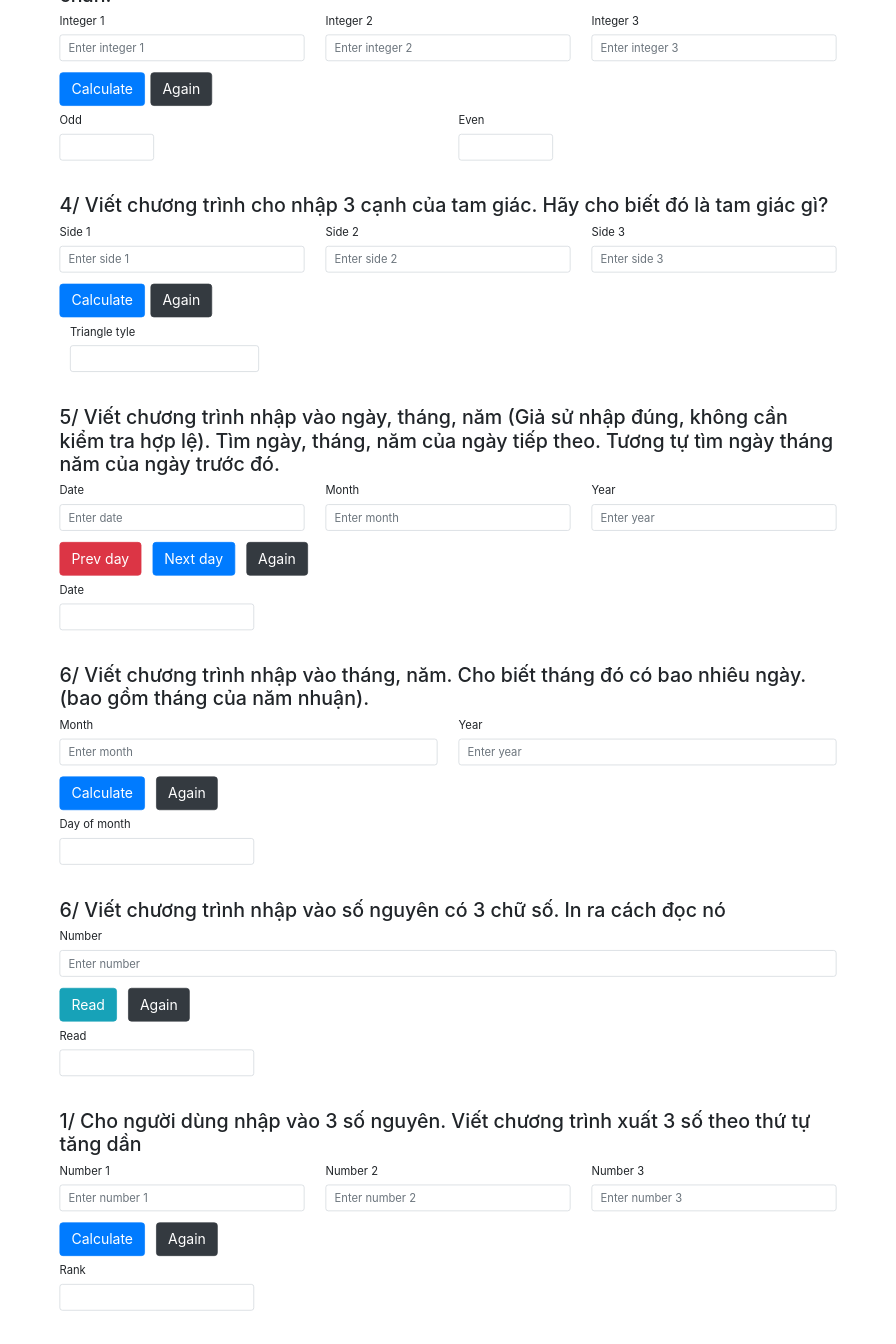
Repository: baobaodeveloper/bootscamp21__jsbasic__HuynhAnhBao
Page: index.html
The author's editor kept a copy of each file at every save. The page is drawn from the files as they stood at one save, then again after the next save.
The browser window is 1280 px wide. The pictures show the part of the page from y = 686 to 2606 px (the page is 2606 px tall), at 70% of full size.

Above is the page before, as saved 2022-03-11 18:04:48.

After the next save:
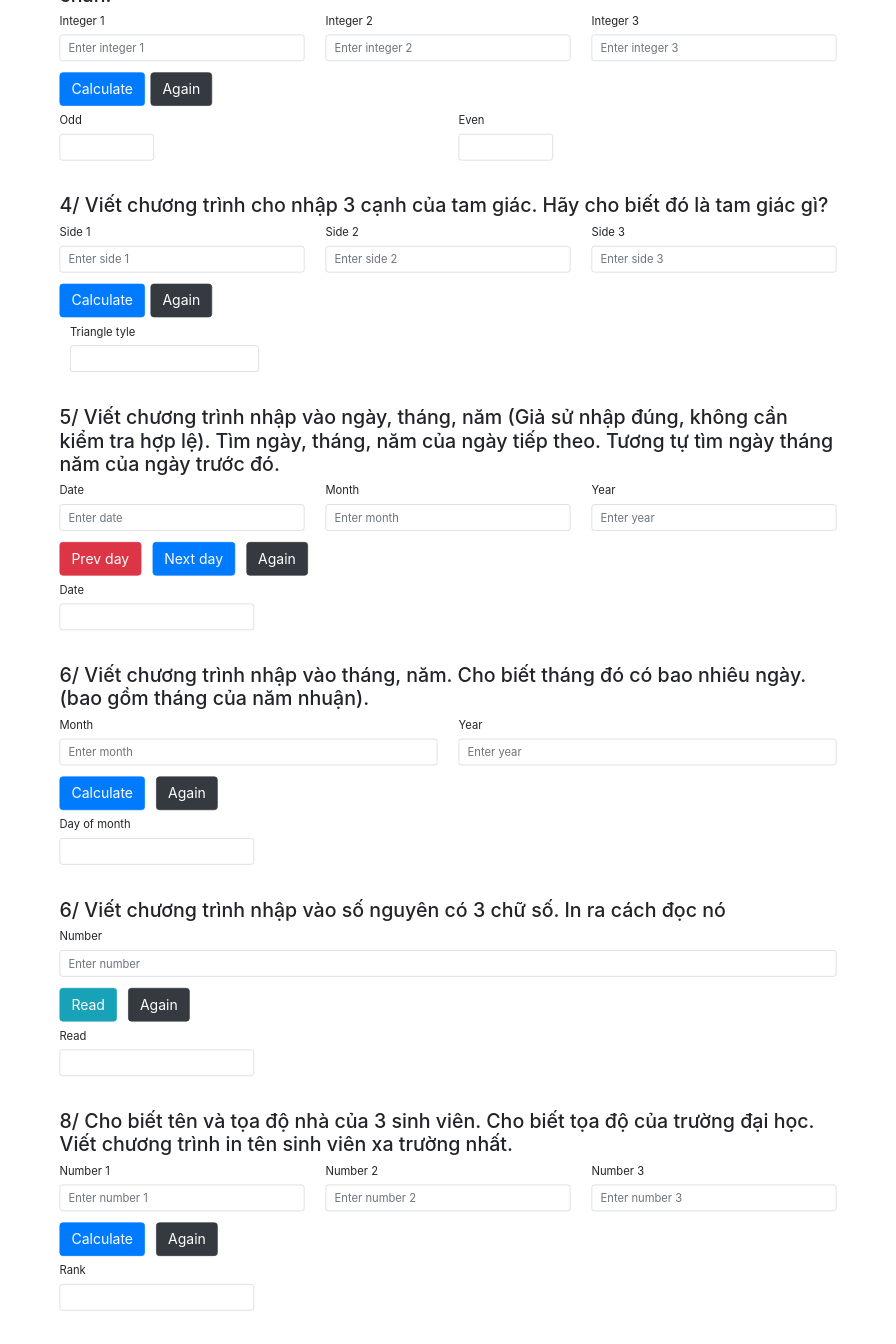
Saved 23 s later.
--- a/index.html
+++ b/index.html
@@ -381,8 +381,8 @@
     trình in tên sinh viên xa trường nhất. -->
     <div class="container mb-xl-5">
       <h3>
-        1/ Cho người dùng nhập vào 3 số nguyên. Viết chương trình xuất 3 số theo
-        thứ tự tăng dần
+        8/ Cho biết tên và tọa độ nhà của 3 sinh viên. Cho biết tọa độ của
+        trường đại học. Viết chương trình in tên sinh viên xa trường nhất.
       </h3>
 
       <div class="row">
